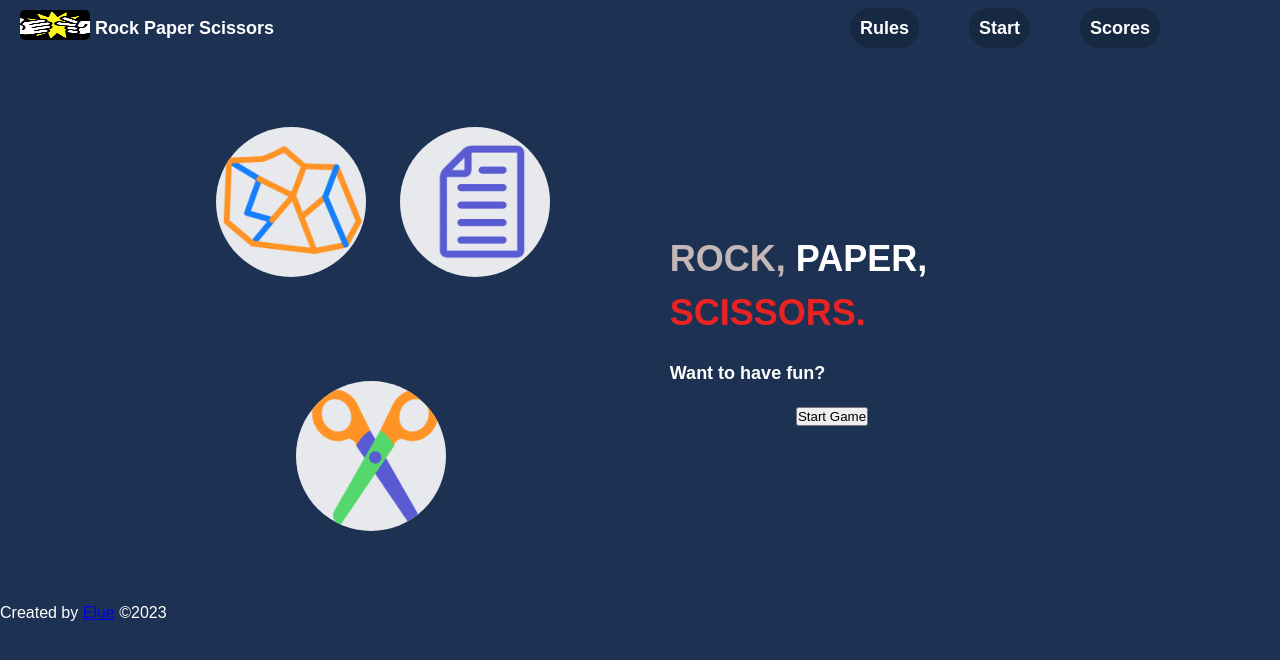
Repository: MikkyPrestige/rock-paper-scissors
Page: index.html
The author's editor kept a copy of each file at every save. The page is drawn from the files as they stood at one save, then again after the next save.
The browser window is 1280 px wide. The pictures show the whole page.

Above is the page before, as saved 2023-05-08 05:04:32.

### index.html
<!DOCTYPE html>
<html lang="en">

<head>
  <meta charset="UTF-8">
  <meta http-equiv="X-UA-Compatible" content="IE=edge">
  <meta name="viewport" content="width=device-width, initial-scale=1.0">
  <title>Rock, Paper or Scissors Game</title>
  <link rel="stylesheet" href="./index.css">
  <!-- <script src="./index.js" defer></script> -->
</head>

<body>
  <main>
    <header>
      <figure>
        <a href="/">
          <img src="./img/logo.png" alt="Logo" class="logo">
        </a>
        <figcaption>Rock Paper Scissors</figcaption>
      </figure>
      <nav>
        <ul>
          <li><a href="#">Rules</a></li>
          <li><a href="#">Start</a></li>
          <li><a href="#">Scores</a></li>
        </ul>
      </nav>
    </header>
    <section class="home">
      <div class="images">
        <img src="./img/Rock.gif" alt="Rock image" class="img rock">
        <img src="./img/Paper.gif" alt="Paper image" class="img paper">
        <img src="./img/Scissors.gif" alt="Scissors image" class="img scissors">
      </div>
      <div class="content">
        <h1 class="content--title"><span class="content-rock">Rock,</span> Paper, <span class="content-scissors">Scissors.</span></h1>
        <p class="content--text">Want to have <span class="fun">fun?</span></p>
        <button type="submit" class="btn">Start Game</button>
      </div>
    </section>

    <footer>
      <p>Created by <a href="#" target="_blank">Elue</a> &copy;2023</p>
    </footer>
  </main>
</body>

</html>

### index.css
*,
*::after,
*::before {
  box-sizing: border-box;
  margin: 0;
  padding: 0;
}

html {
  font-size: 62.5%;
}

body {
  font-family: "Fira Sans", sans-serif;
  font-size: 1.6rem;
  line-height: 1.5;
  background: rgba(29, 50, 83, 1);
  color: rgba(255, 255, 255, 1);
  width: 100%;
  height: 100%;
}

main {
  display: flex;
  flex-direction: column;
  justify-content: center;
  gap: 2rem;
  height: 100%;
  width: 100%;
}

header {
  display: flex;
  justify-content: space-between;
  align-items: center;
  padding: 1rem 2rem;
  width: 100%;
  height: auto;
}

figure {
  display: flex;
  align-items: center;
  gap: .5rem;
  height: auto;
}

.logo {
  width: 7rem;
  height: 3rem;
  border-radius: .5rem;
  -webkit-border-radius: .5rem;
  -moz-border-radius: .5rem;
  -ms-border-radius: .5rem;
  -o-border-radius: .5rem;
}

figcaption {
  font-size: 1.8rem;
  font-weight: 600;
  color: rgba(255, 255, 255, 1);
}

nav {
  height: auto;
  margin-right: 10rem;
}

ul {
  display: flex;
  justify-content: center;
  align-items: center;
  gap: 5rem;
  list-style: none;
}

li a {
  font-size: 1.8rem;
  font-weight: 600;
  color: rgba(255, 255, 255, 1);
  background: linear-gradient(0deg, rgba(0, 0, 0, 0.2), rgba(0, 0, 0, 0.2)), #1D3253;
  text-decoration: none;
  padding: 1rem;
  border-radius: 2rem;
}

li a:hover {
  background: rgba(255, 255, 255, 1);
  color: rgba(29, 50, 83, 1);
  text-decoration: underline;
}

.home {
  display: flex;
  justify-content: center;
  align-items: center;
  width: 100%;
  height: 70vh;
}

.images {
  position: relative;
  height: 100%;
  flex-basis: 30%;
}

.img {
  background: rgba(253, 253, 253, 0.9);
  border-radius: 50%;
  -webkit-border-radius: 50%;
  -moz-border-radius: 50%;
  -ms-border-radius: 50%;
  -o-border-radius: 50%;
  width: 15rem;
  height: 15rem;
}

.rock {
  position: absolute;
  top: 5rem;
  left: 0rem;
}

.paper {
  position: absolute;
  top: 5rem;
  right: 5rem;
}

.scissors {
  position: absolute;
  bottom: 5rem;
  left: 8rem;
}

.content {
  display: flex;
  flex-direction: column;
  justify-content: center;
  align-items: center;
  gap: 2rem;
}

.content--title {
  font-size: 3.6rem;
  font-weight: 600;
  width: 70%;
  text-transform: uppercase;
}

.content-rock {
  color: rgba(195, 183, 183, 1);
}

.content-scissors {
  color:rgba(233, 35, 35, 1);
}

.content--text {
  font-size: 1.8rem;
  font-weight: 600;
  width: 70%;
}

After the next save:
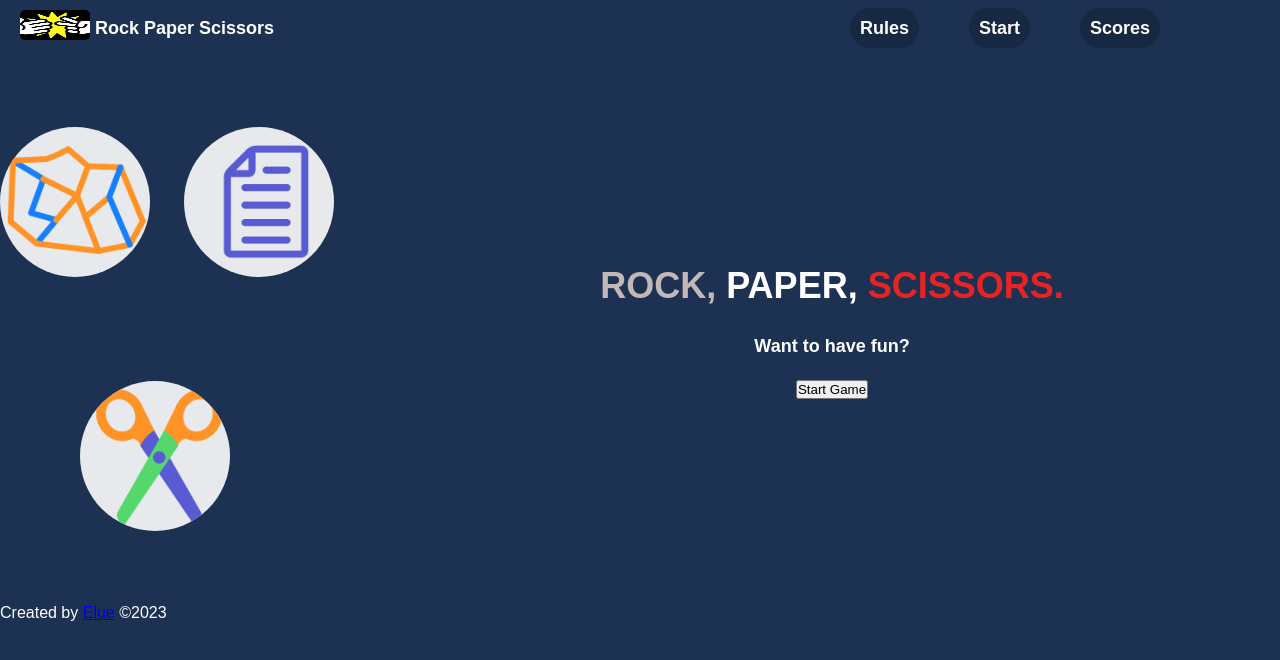
Saved 53 s later.
--- a/index.css
+++ b/index.css
@@ -139,12 +139,12 @@ li a:hover {
   justify-content: center;
   align-items: center;
   gap: 2rem;
+  width: 70%;
 }
 
 .content--title {
   font-size: 3.6rem;
   font-weight: 600;
-  width: 70%;
   text-transform: uppercase;
 }
 
@@ -159,5 +159,4 @@ li a:hover {
 .content--text {
   font-size: 1.8rem;
   font-weight: 600;
-  width: 70%;
 }

After the save that followed:
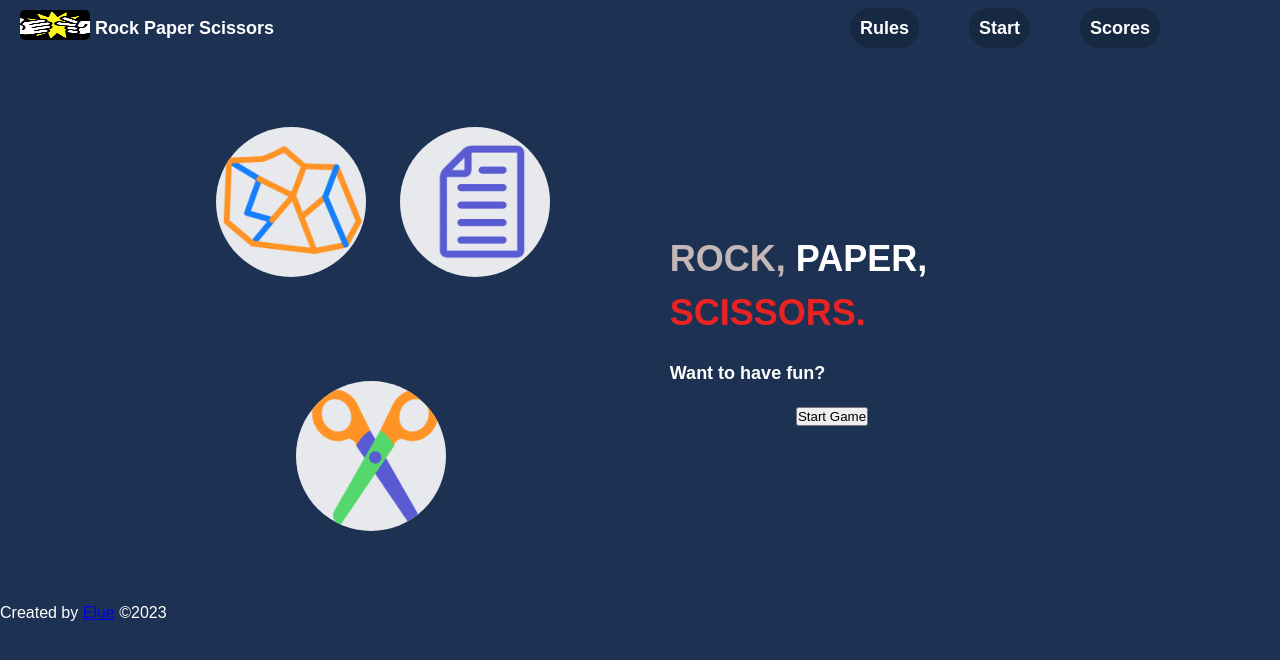
Saved 23 s later.
--- a/index.css
+++ b/index.css
@@ -139,12 +139,12 @@ li a:hover {
   justify-content: center;
   align-items: center;
   gap: 2rem;
-  width: 70%;
 }
 
 .content--title {
   font-size: 3.6rem;
   font-weight: 600;
+  width: 70%;
   text-transform: uppercase;
 }
 
@@ -159,4 +159,5 @@ li a:hover {
 .content--text {
   font-size: 1.8rem;
   font-weight: 600;
+  width: 70%;
 }
